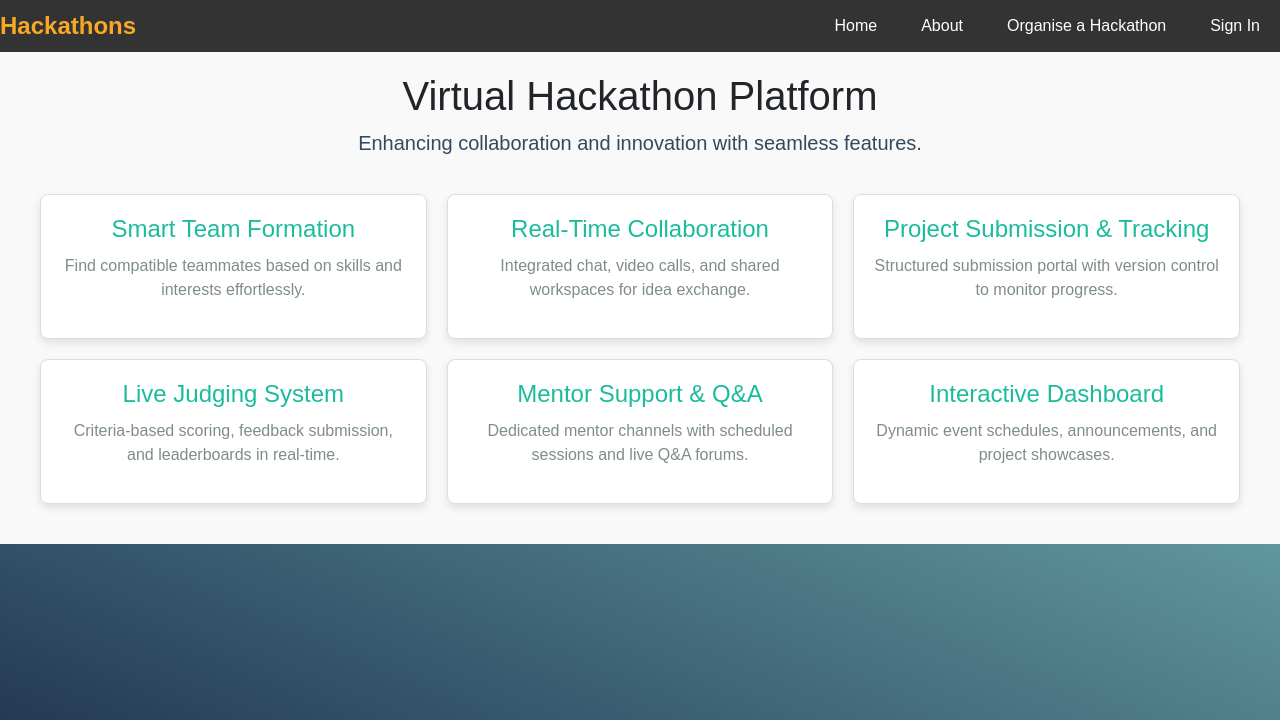
Repository: Ken-Kanike/RUBIX25_41_TECHTITANS
Page: / (app in backend/client/)
The author's editor kept a copy of each file at every save. The page is drawn from the files as they stood at one save, then again after the next save.
The browser window is 1280 px wide. The pictures show the whole page.
The project was rebuilt for these pictures with package versions that can differ from the ones it lists, and the page was loaded fresh each time. Also part of the build but not shown: backend/client/src/signin.js, backend/client/src/dashboardUSER.css, backend/client/src/dashboardUnavbar.js, backend/client/src/dashboardUSER.js.

Above is the page before, as saved 2025-01-23 02:16:05.

After the next save:
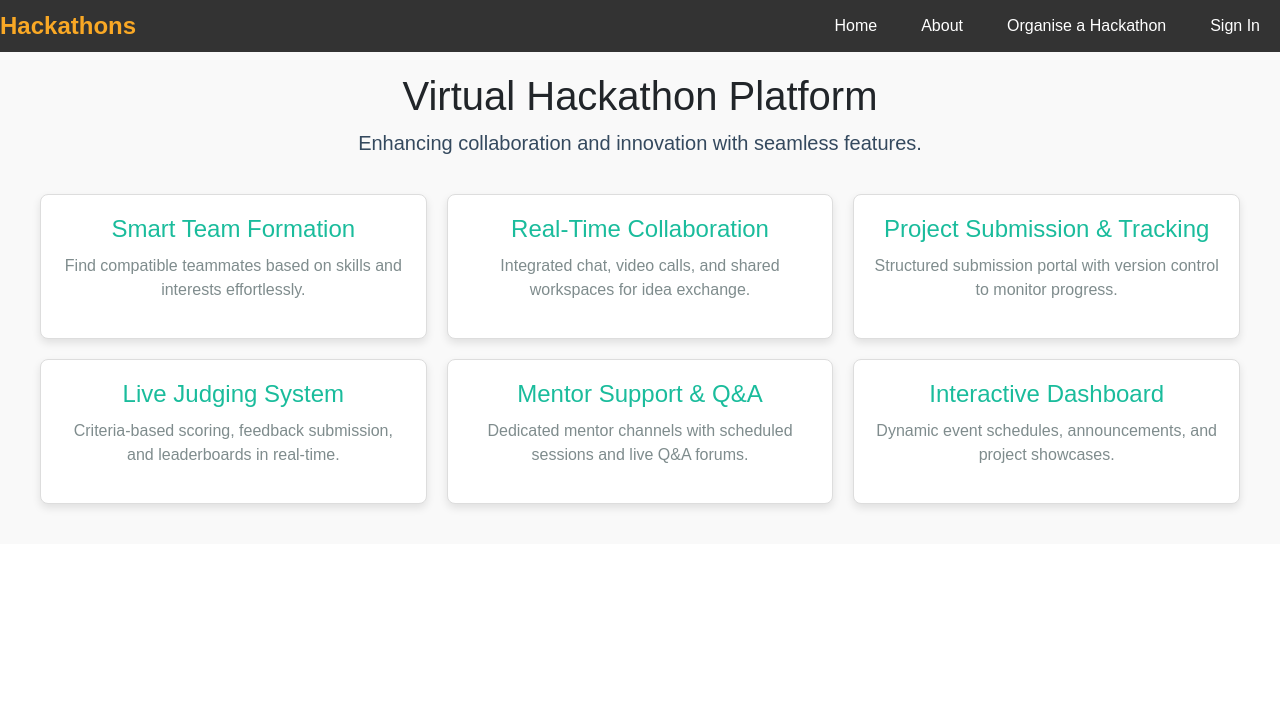
Saved 38 s later.
--- a/backend/client/src/App.css
+++ b/backend/client/src/App.css
@@ -1,7 +1,7 @@
 body {
   margin: 0;
   padding: 0;
-  background: linear-gradient(to bottom left, #60979e, #050a30);
+  background-color: #f9f9f9;
   color: #e2d6c7;
   font-family: Arial, sans-serif;
 }
